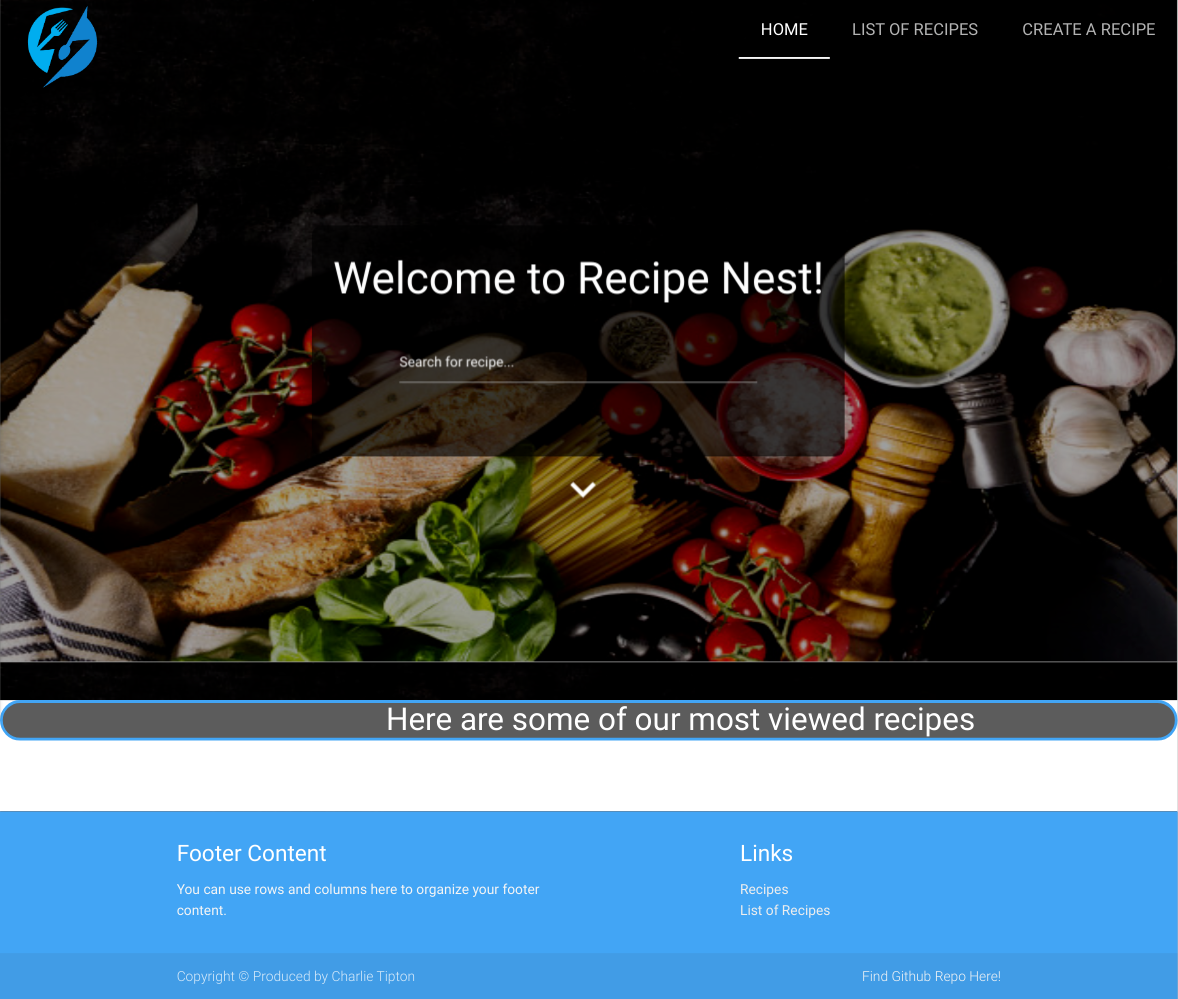
Repository: CharlieJT/Recipes
Page: http://localhost/
The author's editor kept a record of every edit. The page is drawn from the files as they stood at one moment, then again after the next edit.
The browser window is 1280 px wide. The pictures show the whole page, at 92% of full size.
Backgrounds fixed to the window are drawn as part of the page. Some web libraries are served in a nearby version. The page is served by the project's application, run on Flask 3 (app.py). Queries for data that is not in the repository find no rows.

Above is the page before.

After the next edit:
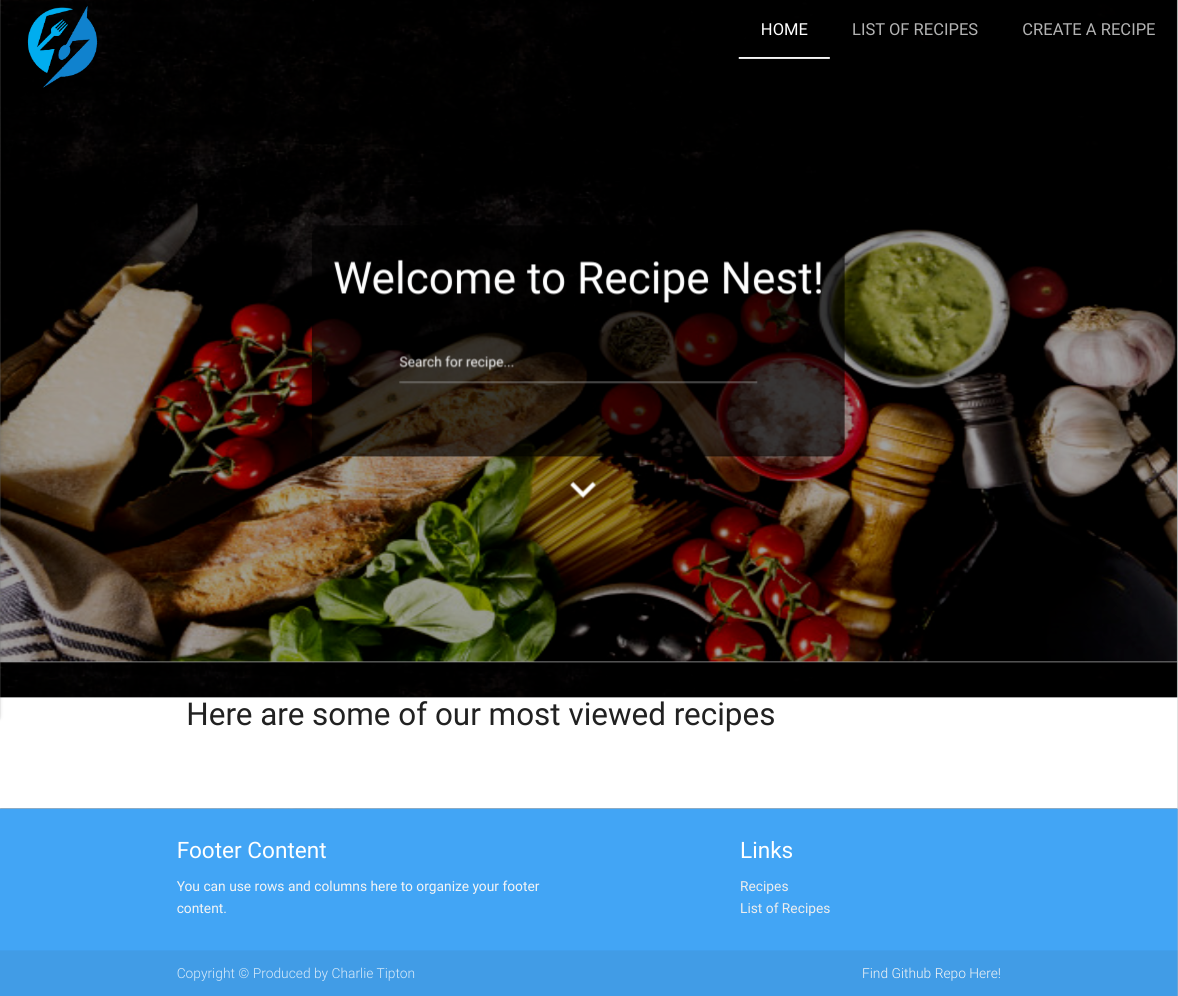
The edit:
--- a/static/css/index.css
+++ b/static/css/index.css
@@ -112,15 +112,7 @@
     background-color: #fff;
 }
 
-#recipe-container h4 {
-    text-align: center;
-    margin-top: 20px;
-    border: 3px solid #42a5f5;
-    border-radius: 25px;
-    color: #fff;
-    background: #000000a3;
-    color: #fff
-}
+
 
 #recipe-container .row {
     margin: 0;
